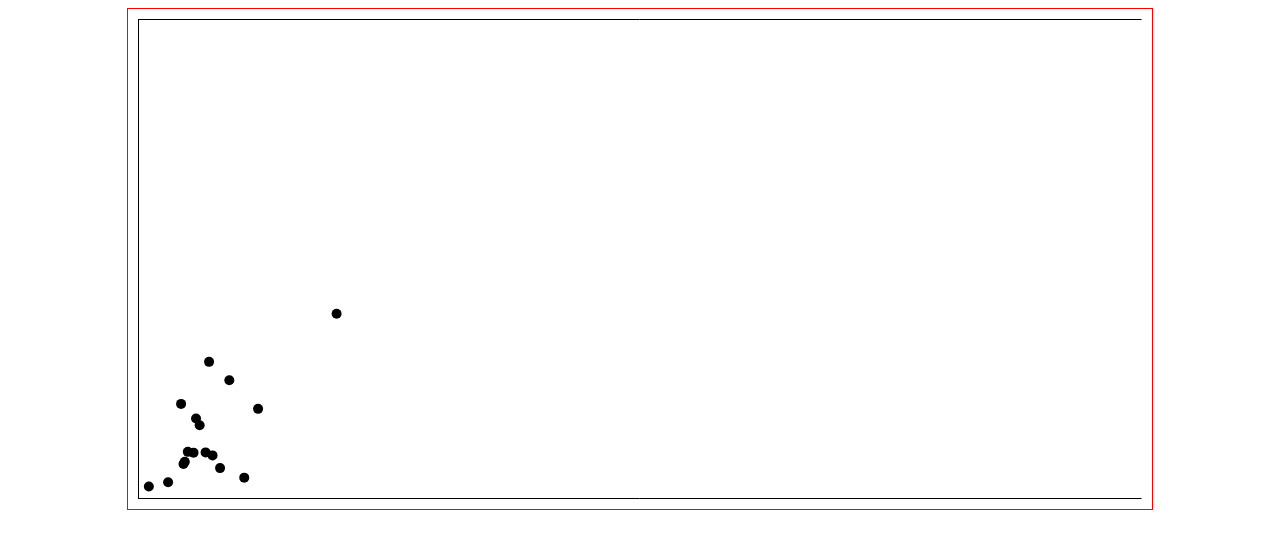
Repository: cw19931024/Demo
Page: canvas.html
The author's editor kept a copy of each file at every save. The page is drawn from the files as they stood at one save, then again after the next save.
The browser window is 1280 px wide. The pictures show the whole page.

Above is the page before, as saved 2017-07-27 11:50:24.

After the next save:
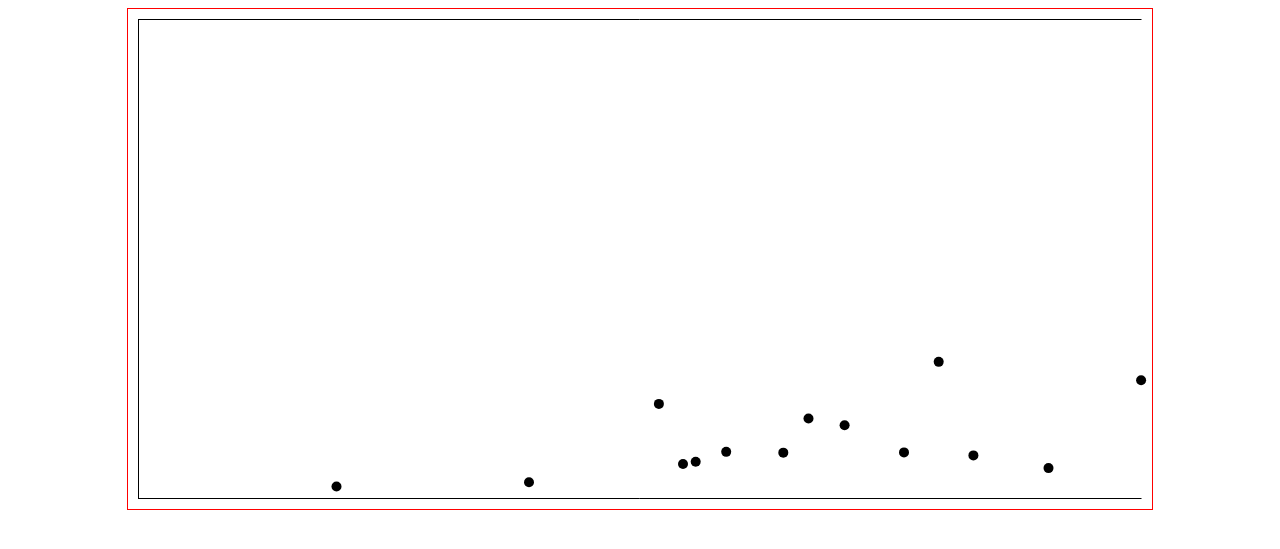
Saved 11 s later.
--- a/canvas.html
+++ b/canvas.html
@@ -63,7 +63,7 @@
 
     data.sort().forEach(function(e){
         context.beginPath();
-        context.arc((e[0]+20),(height-e[1]-20),5, 0, Math.PI*2, true);
+        context.arc((e[0]+20)*10,(height-e[1]-20),5, 0, Math.PI*2, true);
         context.fillStyle = "#000000";
         context.fill();
     })
